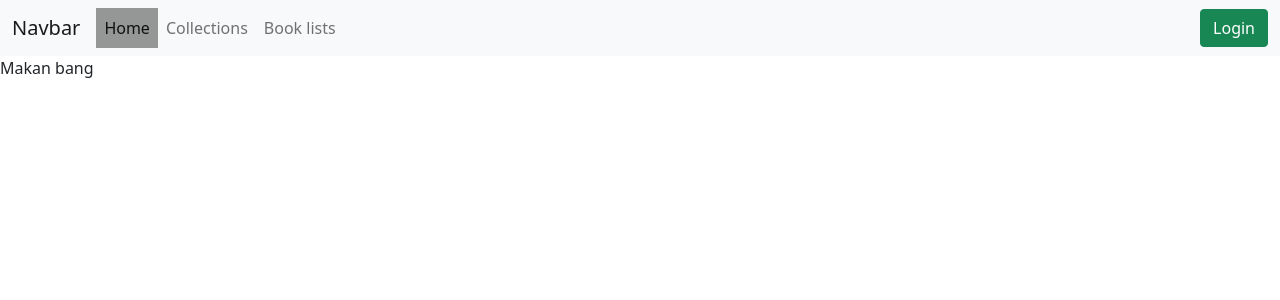
Repository: humanrizki/app-perpus-laravel-8
Page: http://localhost/home
The author's editor kept a copy of each file at every save. The page is drawn from the files as they stood at one save, then again after the next save.
The browser window is 1280 px wide. The pictures show the whole page.
Some web libraries are served in a nearby version. The page is served by the project's Laravel application, run on PHP 8.4 with Laravel 8.

Above is the page before, as saved 2021-11-25 11:40:04.

After the next save:
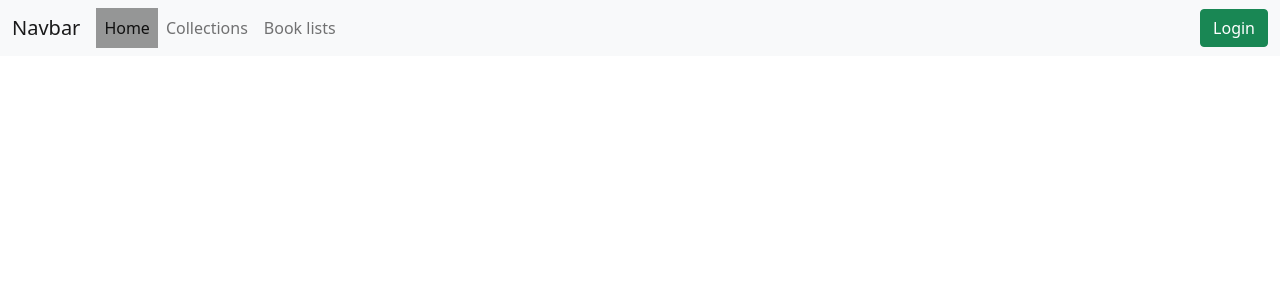
Saved 2 min 50 s later.
--- a/resources/views/homeTemplate.blade.php
+++ b/resources/views/homeTemplate.blade.php
@@ -1,4 +1,6 @@
 @extends('layouts.capp')
 @section('content')
-    Makan bang
+    <div class="container-fluid">
+
+    </div>
 @endsection
